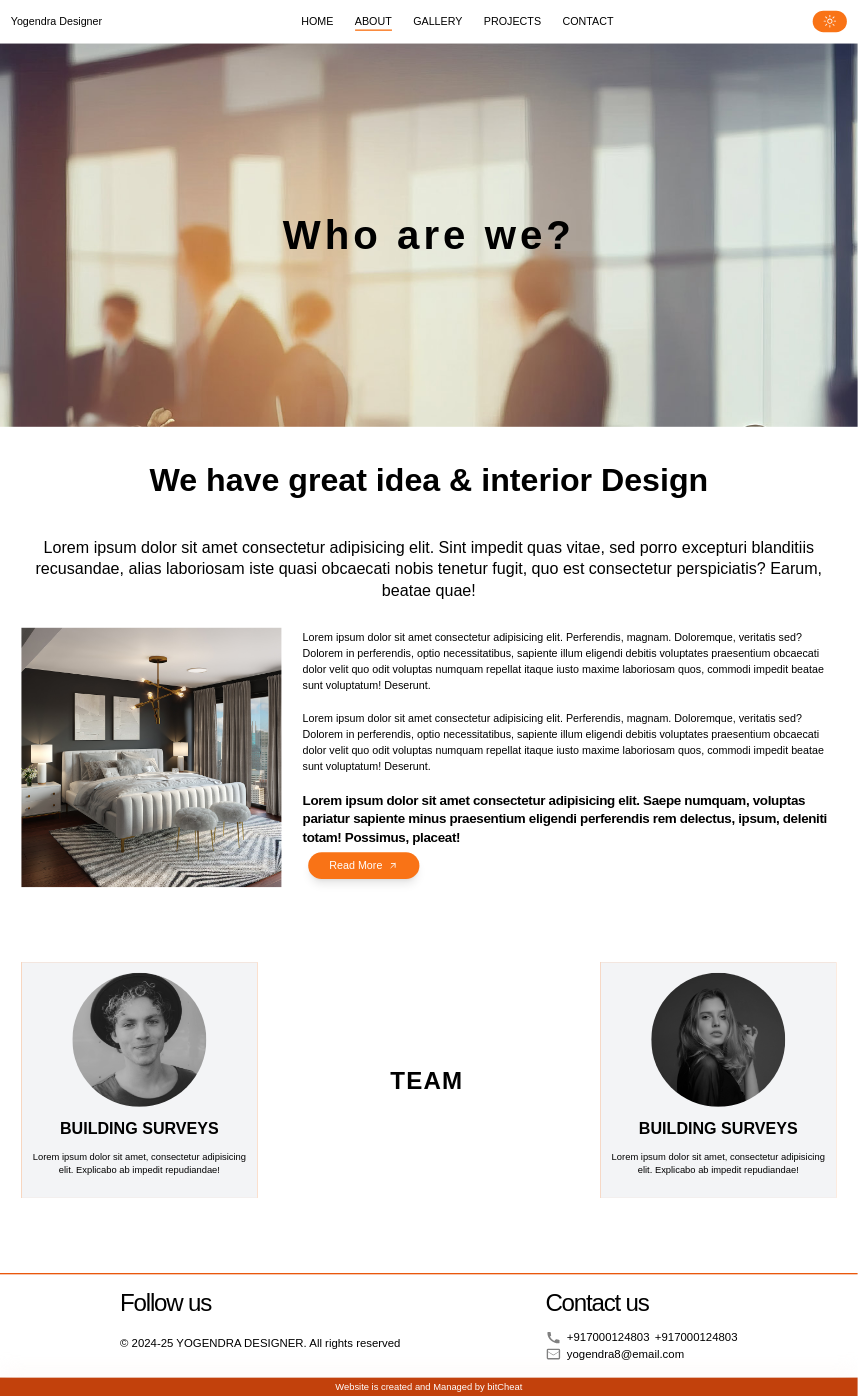
Repository: hitoutvrma/MB_designs-Interior-Designing-website
Page: /about
The author's editor kept a copy of each file at every save. The page is drawn from the files as they stood at one save, then again after the next save.
The browser window is 1280 px wide. The pictures show the whole page, at 67% of full size.
The project was rebuilt for these pictures with package versions that can differ from the ones it lists, and the page was loaded fresh each time. The framework's server and built-in components were replaced by stand-ins that run in the browser. Also part of the build but not shown: next.config.mjs.

Above is the page before, as saved 2024-09-17 07:37:24.

### app/layout.js
import localFont from "next/font/local";
import { Sen } from "next/font/google";
import "./globals.css";
import Header from "@/components/ui/Header";
import Footer from "@/components/ui/Footer";
import { ThemeProvider } from "@/components/ThemeProvider";

const josef = Sen({
  subsets:["latin"],
  weight:["400","500","600","700"],
  display:"swap"
})

// const geistSans = localFont({
//   src: "./fonts/GeistVF.woff",
//   variable: "--font-geist-sans",
//   weight: "100 900",
// });
// const geistMono = localFont({
//   src: "./fonts/GeistMonoVF.woff",
//   variable: "--font-geist-mono",
//   weight: "100 900",
// });

export const metadata = {
  title: "Create Next App",
  description: "Generated by create next app",
};

export default function RootLayout({ children }) {
  return (
    <html lang="en" suppressHydrationWarning>
      <body
        className={`${josef.variable} ${josef.variable} overflow-x-hidden antialiased`}
      >
        <ThemeProvider attribute='class' defaultTheme='light'>

        <Header/>
        {children}
        <Footer/>
        </ThemeProvider>
      </body>
    </html>
  );
}

### app/about/page.jsx
import { Button } from '@/components/ui/button'
import Image from 'next/image'
import React from 'react'
import { TbArrowUpRight } from "react-icons/tb"

const page = () => {
  return (
    <div>
      <div className="bg-[url('/image/whoweare.jpg')] bg-center bg-cover">
        <h1 className='container py-32 text-6xl font-semibold text-black tracking-widest text-center lg:py-64'>Who are we?</h1>
      </div>
      <div className='container'>
        <div className='pt-4'>
          <h2 className='text-3xl font-semibold text-center lg:p-10 lg:text-5xl'>We have great idea & interior Design</h2>
          <p className='text-2xl text-center font-medium pb-10 mt-5'>Lorem ipsum dolor sit amet consectetur adipisicing elit. Sint impedit quas vitae, sed porro excepturi blanditiis recusandae, alias laboriosam iste quasi obcaecati nobis tenetur fugit, quo est consectetur perspiciatis? Earum, beatae quae!</p>
        </div>


      <div className='items-center lg:flex gap-x-8'>
        {/*Left side */}
      <div className='w-full'>
        <Image src="/image/gallery1123.jpg" width={700} height={700}/>
      </div>
      {/*Left side */}
      <div>
      <p>
        Lorem ipsum dolor sit amet consectetur adipisicing elit. Perferendis, magnam. Doloremque, veritatis sed? Dolorem in perferendis, optio necessitatibus, sapiente illum eligendi debitis voluptates praesentium obcaecati dolor velit quo odit voluptas numquam repellat itaque iusto maxime laboriosam quos, commodi impedit beatae sunt voluptatum! Deserunt.<br/><br/>
        Lorem ipsum dolor sit amet consectetur adipisicing elit. Perferendis, magnam. Doloremque, veritatis sed? Dolorem in perferendis, optio necessitatibus, sapiente illum eligendi debitis voluptates praesentium obcaecati dolor velit quo odit voluptas numquam repellat itaque iusto maxime laboriosam quos, commodi impedit beatae sunt voluptatum! Deserunt.<br/><br/>
        <span className='text-xl font-extrabold tracking-tight'>
          Lorem ipsum dolor sit amet consectetur adipisicing elit. Saepe numquam, voluptas pariatur sapiente minus praesentium eligendi perferendis rem delectus, ipsum, deleniti totam! Possimus, placeat!
        </span>
      </p>
      <div className='sm:w-[13vw] w-[36vw]'>

      <Button className="flex w-full items-center px-8 py-5 m-2 text-white rounded-full shadow-lg hover:bg-gray-800 hover:ring-2 hover:ring-gray-950 ring-offset-2">Read More<TbArrowUpRight className="w-5 h-5 ml-2"/></Button>

      </div>
      </div>
      </div>
      {/* TEAM SECTION */}
      <div className='lg:py-20 relative'>
        <div className='pt-8 absolute left-[43vw] top-[33vh] pb-4'>
          <h1 className='text-4xl font-bold tracking-wider text-center uppercase'>Team</h1>
        </div>
        <div className='grid py-8 gap-20 lg:grid-cols-3'>
          <div className='border-2 border-primary'>
            <div className='p-4 text-center bg-gray-100 aspect-square dark:bg-slate-600 -m-0.5 transition hover:-translate-y-3 hover:-translate-x-3'>
              <Image src="/image/profile2.jpg" width={200} height={200} alt='' className='mx-auto rounded-full'/>
              <h2 className='py-4 text-2xl font-semibold uppercase'>Building Surveys</h2>
              <p className='text-sm'>Lorem ipsum dolor sit amet, consectetur adipisicing elit. Explicabo ab impedit repudiandae!</p>

            </div>
          </div>
          <div></div>
          <div className='border-2 border-primary'>
            <div className='p-4 text-center bg-gray-100 aspect-square dark:bg-slate-600 -m-0.5 transition hover:-translate-y-3 hover:-translate-x-3'>
              <Image src="/image/profile1.jpg" width={200} height={200} alt='' className='mx-auto rounded-full'/>
              <h2 className='py-4 text-2xl font-semibold uppercase'>Building Surveys</h2>
              <p className='text-sm'>Lorem ipsum dolor sit amet, consectetur adipisicing elit. Explicabo ab impedit repudiandae!</p>

            </div>
          </div>
        </div>
      </div>
      </div>
    </div>
  )
}

export default page

### app/globals.css
@tailwind base;
@tailwind components;
@tailwind utilities;


body {
  color: var(--foreground);
  background: var(--background);
  font-family: Arial, Helvetica, sans-serif;
}

@layer utilities {
  .text-balance {
    text-wrap: balance;
  }
}


@layer base {
  :root {
    --background: 0 0% 100%;
    --foreground: 20 14.3% 4.1%;
    --card: 0 0% 100%;
    --card-foreground: 20 14.3% 4.1%;
    --popover: 0 0% 100%;
    --popover-foreground: 20 14.3% 4.1%;
    --primary: 24.6 95% 53.1%;
    --primary-foreground: 60 9.1% 97.8%;
    --secondary: 60 4.8% 95.9%;
    --secondary-foreground: 24 9.8% 10%;
    --muted: 60 4.8% 95.9%;
    --muted-foreground: 25 5.3% 44.7%;
    --accent: 60 4.8% 95.9%;
    --accent-foreground: 24 9.8% 10%;
    --destructive: 0 84.2% 60.2%;
    --destructive-foreground: 60 9.1% 97.8%;
    --border: 20 5.9% 90%;
    --input: 20 5.9% 90%;
    --ring: 24.6 95% 53.1%;
    --radius: 0.5rem;
    --chart-1: 12 76% 61%;
    --chart-2: 173 58% 39%;
    --chart-3: 197 37% 24%;
    --chart-4: 43 74% 66%;
    --chart-5: 27 87% 67%;
  }

  .dark {
    --background: 20 14.3% 4.1%;
    --foreground: 60 9.1% 97.8%;
    --card: 20 14.3% 4.1%;
    --card-foreground: 60 9.1% 97.8%;
    --popover: 20 14.3% 4.1%;
    --popover-foreground: 60 9.1% 97.8%;
    --primary: 20.5 90.2% 48.2%;
    --primary-foreground: 60 9.1% 97.8%;
    --secondary: 12 6.5% 15.1%;
    --secondary-foreground: 60 9.1% 97.8%;
    --muted: 12 6.5% 15.1%;
    --muted-foreground: 24 5.4% 63.9%;
    --accent: 12 6.5% 15.1%;
    --accent-foreground: 60 9.1% 97.8%;
    --destructive: 0 72.2% 50.6%;
    --destructive-foreground: 60 9.1% 97.8%;
    --border: 12 6.5% 15.1%;
    --input: 12 6.5% 15.1%;
    --ring: 20.5 90.2% 48.2%;
    --chart-1: 220 70% 50%;
    --chart-2: 160 60% 45%;
    --chart-3: 30 80% 55%;
    --chart-4: 280 65% 60%;
    --chart-5: 340 75% 55%;
  }
}



@layer base {
  * {
    @apply border-border;
  }
  body {
    @apply bg-background text-foreground;
  }
}

.h1{
  @apply text-6xl xl:text-[72px] xl:leading-[80px] tracking-[-2px] font-bold mb-5 mt-4;
}

### components/ui/Header.jsx
'use client';
import React from 'react'
 import ThemeToggler from '../ThemeToggler'
import MobileNavigation from './MobileNavigation';
import Nav from './Nav';
const Header = () => {
  return (
    <div className='flex justify-between p-4 items-center '>
      <div>Yogendra Designer</div>
      <Nav containerStyles='hidden xl:flex gap-8 items-center' linkStyles='relative hover:text-primary transition-all' underlineStyles ='absolute left-0 top-full h-[2px] bg-primary w-full'
      />
      <div className='flex gap-2 items-center'>

      <ThemeToggler/>
      <div className='xl:hidden'>

      <MobileNavigation/>
      </div>
      </div>
    </div>
  )
}

export default Header

### components/ui/Footer.jsx
import React from 'react'

const Footer = () => {
  return (
    <div className='w-screen'>

    <div class="sm:flex justify-between  border-t-2 border-t-orange-600  backdrop-blur-lg sm:px-[14vw] px-4 py-[3vh] text-[17px] ">
  <div className='mb-8 sm:mb-0'>
    <head>
    <link rel="stylesheet" href="https://cdnjs.cloudflare.com/ajax/libs/font-awesome/6.0.0-beta3/css/all.min.css"/>

    </head>
    <h1 class="pb-5 text-4xl tracking-tighter">Follow us</h1>
    <div className='flex gap-x-6 pb-2 text-4xl'>
    <a href="https://instagram/hitoutvrma" className="text-gray-600 hover:text-pink-500 transition-transform duration-300 transform hover:scale-110"><i class="fa-brands fa-instagram" ></i></a>
      <a href="https://www.linkedin.com/in/hitesh-verma-3695b0254/" className="text-gray-600 hover:text-blue-700 transition-transform duration-300 transform hover:scale-110"><i class="fa-brands fa-linkedin"></i></a>
      <a href="https://x.com/hitesh_404" className="text-gray-600 hover:text-blue-700 transition-transform duration-300 transform hover:scale-110"><i class="fa-brands fa-facebook"></i></a>
    </div>
    <div className='sm:block hidden'>&copy; 2024-25 YOGENDRA DESIGNER. All rights reserved</div>
  </div>
  <div>
    <h1 class="pb-5 text-4xl tracking-tighter">Contact us</h1>
    <div class="flex gap-x-2">
      <svg class="text" xmlns="http://www.w3.org/2000/svg" viewBox="0 0 24 24" width="24" height="24" fill="gray">
        <path d="M6.62 10.79a15.533 15.533 0 006.59 6.59l2.2-2.2a1 1 0 011.09-.27c1.12.37 2.33.57 3.6.57a1 1 0 011 1V20a1 1 0 01-1 1C10.29 21 3 13.71 3 5a1 1 0 011-1h3.01a1 1 0 011 1c0 1.27.2 2.48.57 3.6a1 1 0 01-.27 1.09l-2.2 2.2z" />
      </svg>
      <a href="tel:+917000124803" class="hover:underline">+917000124803</a>
      <a href="tel:+917000124803" class="hover:underline">+917000124803</a>
    </div>
    <div class="flex gap-x-2">
      <svg xmlns="http://www.w3.org/2000/svg" viewBox="0 0 24 24" width="24" height="24" fill="gray">
        <path d="M20 4H4a2 2 0 00-2 2v12a2 2 0 002 2h16a2 2 0 002-2V6a2 2 0 00-2-2zM4 6h16v2l-8 5-8-5V6zm0 12V9l7.39 4.62a1 1 0 001.22 0L20 9v9H4z" />
      </svg>
      <a href="mailto:example@email.com" class="hover:underline">yogendra8@email.com</a>
    </div>
  </div>
    </div>
  <div className='flex items-center justify-center p-1 text-sm bg-orange-700 text-white border-t-orange-600'>Website is created and Managed by bitCheat</div>
</div>

  )
}

export default Footer

### components/ThemeProvider.jsx
'use client';

import { ThemeProvider as NextThemesProvider } from "next-themes";

export function ThemeProvider({ children, ...props }) {
    return <NextThemesProvider {...props}>
        { children }
    </NextThemesProvider>
}

### components/ui/button.jsx
import * as React from "react"
import { Slot } from "@radix-ui/react-slot"
import { cva } from "class-variance-authority";

import { cn } from "@/lib/utils"

const buttonVariants = cva(
  "inline-flex items-center justify-center whitespace-nowrap rounded-full text-base font-medium ring-offset-background transition-colors focus-visible:outline-none focus-visible:ring-2 focus-visible:ring-ring focus-visible:ring-offset-2 disabled:pointer-events-none disabled:opacity-50",
  {
    variants: {
      variant: {
        default: "bg-primary text-primary-foreground hover:bg-primary/90",
        destructive:
          "bg-destructive text-destructive-foreground hover:bg-destructive/90",
        outline:
          "border border-input bg-background hover:bg-accent hover:text-accent-foreground",
        secondary:
          "bg-secondary text-secondary-foreground hover:bg-secondary/80",
        ghost: "hover:bg-accent hover:text-accent-foreground",
        link: "text-primary underline-offset-4 hover:underline",
      },
      size: {
        default: "sm:h-[2.5vw] h-[7vw] px-4 py-2",
        sm: "h-9 rounded-md px-3",
        lg: "h-11 rounded-md px-8",
        icon: "h-10 w-10",
      },
    },
    defaultVariants: {
      variant: "default",
      size: "default",
    },
  }
)

const Button = React.forwardRef(({ className, variant, size, asChild = false, ...props }, ref) => {
  const Comp = asChild ? Slot : "button"
  return (
    (<Comp
      className={cn(buttonVariants({ variant, size, className }))}
      ref={ref}
      {...props} />)
  );
})
Button.displayName = "Button"

export { Button, buttonVariants }

### components/ThemeToggler.jsx
import { Button } from "./ui/button";
import { useTheme } from "next-themes";
import { SunIcon, MoonIcon } from "@radix-ui/react-icons";

const ThemeToggler = () => {
    const { theme, setTheme } = useTheme();

  return (
    <div>
      <Button  onClick={()=>setTheme(theme==='dark'?'light':'dark')}>
        <SunIcon className="h-[1.2rem] w-[1.2rem] scale-100 rotate-0 transition-all dark:rotate-90 dark:scale-0"/>
        <MoonIcon className="w-[1rem] absolute scale-0 rotate-90 transition-all dark:rotate-0 dark:scale-100"/>
      </Button>
    </div>
  )
}

export default ThemeToggler

### components/ui/MobileNavigation.jsx
import React from 'react'

import {Sheet, SheetContent, SheetTrigger} from '@/components/ui/sheet';
import Nav from './Nav';
import { AlignJustify } from 'lucide-react';

const MobileNavigation = () => {
  return (
    <Sheet>
        <SheetTrigger asChild>
            <AlignJustify className='cursor-pointer'/>
        </SheetTrigger>
        <SheetContent>
            <div className='p-3 flex flex-col items-center'>
                <div>
                    <div>Yogendra designer</div>
                    <Nav containerStyles='flex flex-col items-center gap-y-2' linkStyles='text-1xl '/>
                </div>
            </div>
        </SheetContent>
    </Sheet>
  )
}

export default MobileNavigation

### components/ui/Nav.jsx
//Hooks

import { usePathname } from "next/navigation";
import { motion } from "framer-motion";
import Link from "next/link";

const links = [
    {
        path:'/',name:'home'
    },
    {
        path:'/about',name:'about'
    },
    {
        path:'/gallery',name:'gallery'
    },
    {
        path:'/projects',name:'projects'
    },
    {
        path:'/contact',name:'contact'
    },
]
const Nav = ({ containerStyles, linkStyles, underlineStyles } ) => {

    const path = usePathname();
  return (
    <div className={`${containerStyles}`} >
        {
            links.map((link,index) =>{
                return(
                    <Link href={link.path}
                    key={index} className={`uppercase ${linkStyles}`}>
                        {link.path===path && (
                            <motion.span
                            initial={{y:'-100%'}}
                            animate={{y:0}}
                            transition={{ type:'tween'}}
                            layoutId="underline"
                            className={`${underlineStyles}`}
                            />
                        )}
                        {link.name}

                    </Link>
                )
            })
        }
      </div>
  )
}

export default Nav

### components/ui/sheet.jsx
"use client";
import * as React from "react"
import * as SheetPrimitive from "@radix-ui/react-dialog"
import { cva } from "class-variance-authority";
import { X } from "lucide-react"

import { cn } from "@/lib/utils"

const Sheet = SheetPrimitive.Root

const SheetTrigger = SheetPrimitive.Trigger

const SheetClose = SheetPrimitive.Close

const SheetPortal = SheetPrimitive.Portal

const SheetOverlay = React.forwardRef(({ className, ...props }, ref) => (
  <SheetPrimitive.Overlay
    className={cn(
      "fixed inset-0 z-50 bg-black/80  data-[state=open]:animate-in data-[state=closed]:animate-out data-[state=closed]:fade-out-0 data-[state=open]:fade-in-0",
      className
    )}
    {...props}
    ref={ref} />
))
SheetOverlay.displayName = SheetPrimitive.Overlay.displayName

const sheetVariants = cva(
  "fixed z-50 gap-4 bg-background p-6 shadow-lg transition ease-in-out data-[state=open]:animate-in data-[state=closed]:animate-out data-[state=closed]:duration-300 data-[state=open]:duration-500",
  {
    variants: {
      side: {
        top: "inset-x-0 top-0 border-b data-[state=closed]:slide-out-to-top data-[state=open]:slide-in-from-top",
        bottom:
          "inset-x-0 bottom-0 border-t data-[state=closed]:slide-out-to-bottom data-[state=open]:slide-in-from-bottom",
        left: "inset-y-0 left-0 h-full w-3/4 border-r data-[state=closed]:slide-out-to-left data-[state=open]:slide-in-from-left sm:max-w-sm",
        right:
          "inset-y-0 right-0 h-full w-3/4  border-l data-[state=closed]:slide-out-to-right data-[state=open]:slide-in-from-right sm:max-w-sm",
      },
    },
    defaultVariants: {
      side: "right",
    },
  }
)

const SheetContent = React.forwardRef(({ side = "right", className, children, ...props }, ref) => (
  <SheetPortal>
    <SheetOverlay />
    <SheetPrimitive.Content ref={ref} className={cn(sheetVariants({ side }), className)} {...props}>
      {children}
      <SheetPrimitive.Close
        className="absolute right-4 top-4 rounded-sm opacity-70 ring-offset-background transition-opacity hover:opacity-100 focus:outline-none focus:ring-2 focus:ring-ring focus:ring-offset-2 disabled:pointer-events-none data-[state=open]:bg-secondary">
        <X className="h-4 w-4" />
        <span className="sr-only">Close</span>
      </SheetPrimitive.Close>
    </SheetPrimitive.Content>
  </SheetPortal>
))
SheetContent.displayName = SheetPrimitive.Content.displayName

const SheetHeader = ({
  className,
  ...props
}) => (
  <div
    className={cn("flex flex-col space-y-2 text-center sm:text-left", className)}
    {...props} />
)
SheetHeader.displayName = "SheetHeader"

const SheetFooter = ({
  className,
  ...props
}) => (
  <div
    className={cn("flex flex-col-reverse sm:flex-row sm:justify-end sm:space-x-2", className)}
    {...props} />
)
SheetFooter.displayName = "SheetFooter"

const SheetTitle = React.forwardRef(({ className, ...props }, ref) => (
  <SheetPrimitive.Title
    ref={ref}
    className={cn("text-lg font-semibold text-foreground", className)}
    {...props} />
))
SheetTitle.displayName = SheetPrimitive.Title.displayName

const SheetDescription = React.forwardRef(({ className, ...props }, ref) => (
  <SheetPrimitive.Description
    ref={ref}
    className={cn("text-sm text-muted-foreground", className)}
    {...props} />
))
SheetDescription.displayName = SheetPrimitive.Description.displayName

export {
  Sheet,
  SheetPortal,
  SheetOverlay,
  SheetTrigger,
  SheetClose,
  SheetContent,
  SheetHeader,
  SheetFooter,
  SheetTitle,
  SheetDescription,
}

### tailwind.config.js
/** @type {import('tailwindcss').Config} */
module.exports = {
	darkMode: ["class"], // Dark mode setting
	content: [
	  "./pages/**/*.{js,ts,jsx,tsx,mdx}",
	  "./components/**/*.{js,ts,jsx,tsx,mdx}",
	  "./app/**/*.{js,ts,jsx,tsx,mdx}",
	],
	theme: {
	  // Container customization
	  container: {
		center: true, // Centers the container horizontally
		padding: '2rem', // Adds 1rem of padding (16px) on all sides
		screens: {
		  sm: '100%',  // Container takes 100% width on small screens
		  md: '100%',  // Container takes 100% width on medium screens
		  lg: '1024px', // Container is 1024px wide on large screens
		  xl: '1280px', // Container is 1280px wide on extra-large screens
		  '2xl': '1536px', // Container is 1536px wide on 2XL screens
		},
	  },
	  extend: {
		// Extending color palette
		colors: {
		  background: 'hsl(var(--background))',
		  foreground: 'hsl(var(--foreground))',
		  card: {
			DEFAULT: 'hsl(var(--card))',
			foreground: 'hsl(var(--card-foreground))',
		  },
		  popover: {
			DEFAULT: 'hsl(var(--popover))',
			foreground: 'hsl(var(--popover-foreground))',
		  },
		  primary: {
			DEFAULT: 'hsl(var(--primary))',
			foreground: 'hsl(var(--primary-foreground))',
		  },
		  secondary: {
			DEFAULT: 'hsl(var(--secondary))',
			foreground: 'hsl(var(--secondary-foreground))',
		  },
		  muted: {
			DEFAULT: 'hsl(var(--muted))',
			foreground: 'hsl(var(--muted-foreground))',
		  },
		  accent: {
			DEFAULT: 'hsl(var(--accent))',
			foreground: 'hsl(var(--accent-foreground))',
		  },
		  destructive: {
			DEFAULT: 'hsl(var(--destructive))',
			foreground: 'hsl(var(--destructive-foreground))',
		  },
		  border: 'hsl(var(--border))',
		  input: 'hsl(var(--input))',
		  ring: 'hsl(var(--ring))',
		  chart: {
			'1': 'hsl(var(--chart-1))',
			'2': 'hsl(var(--chart-2))',
			'3': 'hsl(var(--chart-3))',
			'4': 'hsl(var(--chart-4))',
			'5': 'hsl(var(--chart-5))',
		  },
		},
		// Extending border radius
		borderRadius: {
		  lg: 'var(--radius)',
		  md: 'calc(var(--radius) - 2px)',
		  sm: 'calc(var(--radius) - 4px)',
		},
	  },
	},
	plugins: [require("tailwindcss-animate")],
  };

Loaded but not shown: lib/utils.js (common file)

After the next save:
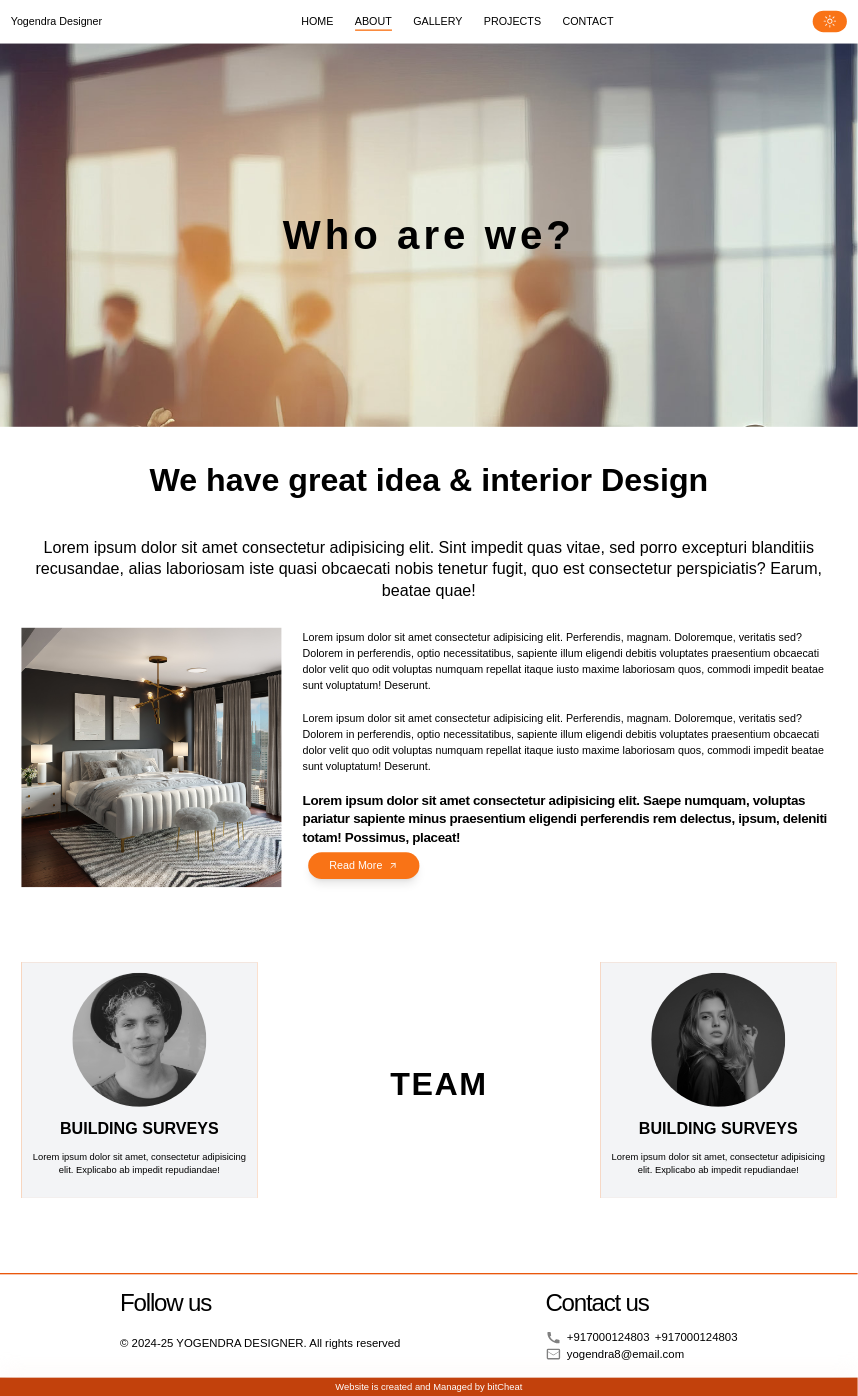
Saved 13 s later.
--- a/app/about/page.jsx
+++ b/app/about/page.jsx
@@ -40,7 +40,7 @@ const page = () => {
       {/* TEAM SECTION */}
       <div className='lg:py-20 relative'>
         <div className='pt-8 absolute left-[43vw] top-[33vh] pb-4'>
-          <h1 className='text-4xl font-bold tracking-wider text-center uppercase'>Team</h1>
+          <h1 className='text-5xl font-bold tracking-wider text-center uppercase'>Team</h1>
         </div>
         <div className='grid py-8 gap-20 lg:grid-cols-3'>
           <div className='border-2 border-primary'>
